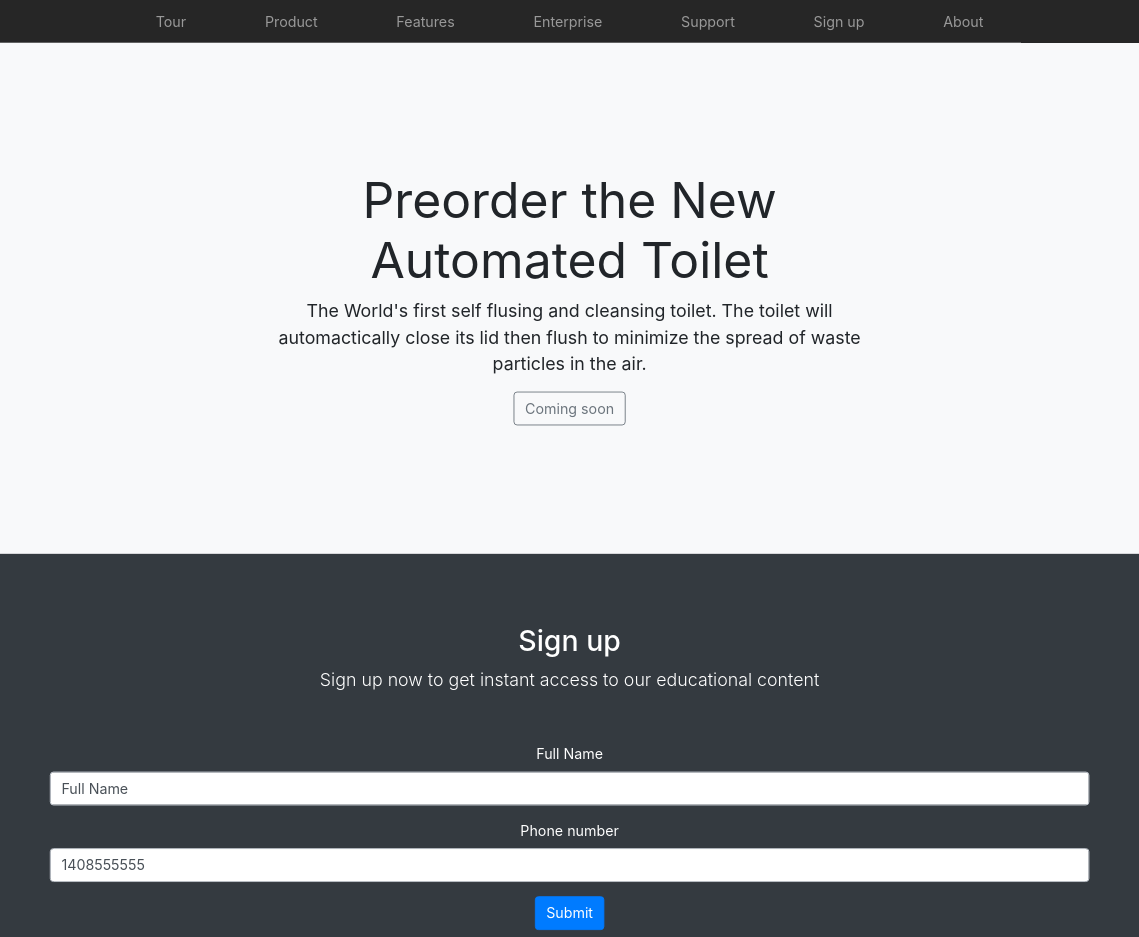
Repository: Vchu010/VickyChu-website
Page: LearnC S8-Twilio/index.html
The author's editor kept a record of every edit. The page is drawn from the files as they stood at one moment, then again after the next edit.
The browser window is 1280 px wide. The pictures show the whole page, at 89% of full size.

Above is the page before.

After the next edit:
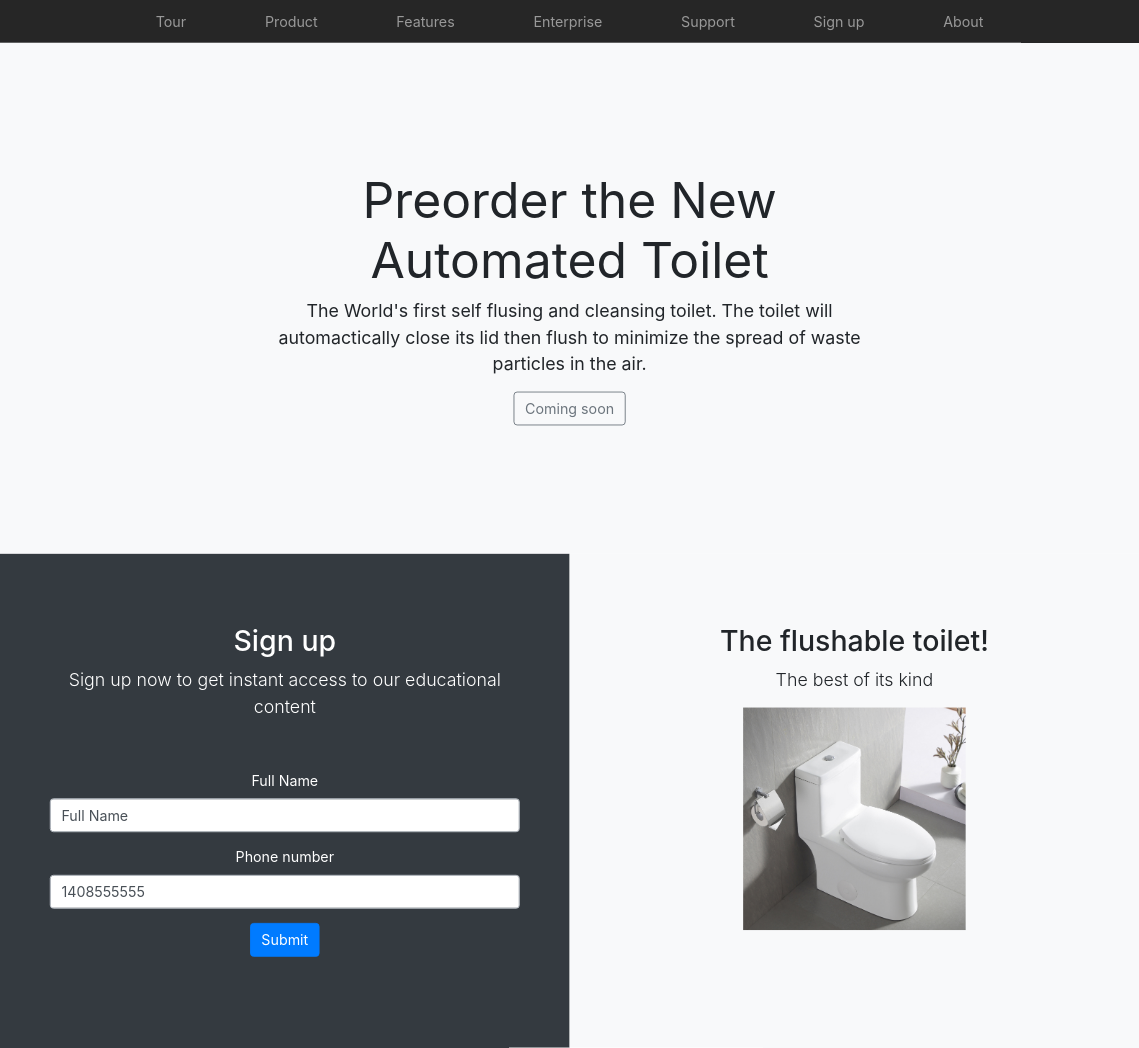
The edit:
--- a/LearnC S8-Twilio/index.html
+++ b/LearnC S8-Twilio/index.html
@@ -74,5 +74,15 @@
             <button type="submit" class="btn btn-primary">Submit</button>
         </form>
     </div>
+    <!-- Right Tile -->
+    <div class="bg-light pt-3 px-3 pt-md-5 px-md-5 text-center overflow-hidden">
+        <div class="my-3 p-3">
+            <h2 class="display-5">The flushable toilet!</h2>
+            <p class="lead">The best of its kind </p>
+            <img class="mx-auto" src="toilet.jpg" height="250px">
+        </div>
+        <div class="mx-auto" style="width: 80%; height: 100px; border-radius: 21px 21px 0 0;"></div>
+    </div>
+</div>
   </body>
 </html>
